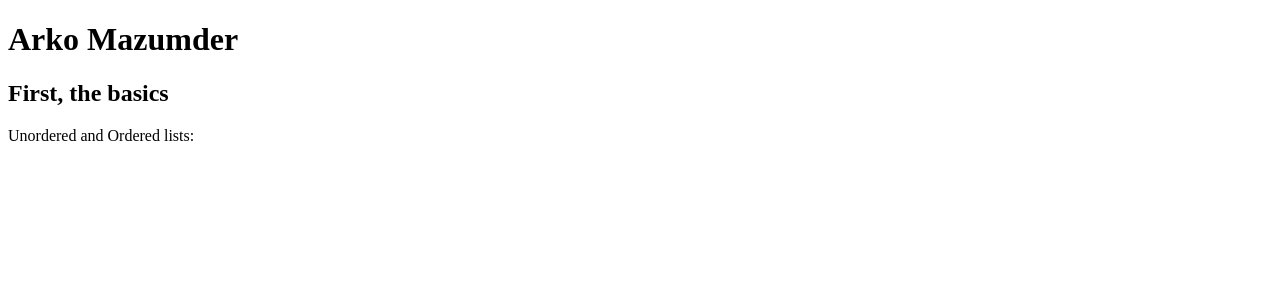
Repository: arkomz/INST377-Lab-Work
Page: client/lab_1/index.html
The author's editor kept a copy of each file at every save. The page is drawn from the files as they stood at one save, then again after the next save.
The browser window is 1280 px wide. The pictures show the whole page.

Above is the page before, as saved 2021-09-03 18:25:27.

### client/lab_1/index.html
<!DOCTYPE html>
<html scroll=yes>

<head>
    <title>Arko Mazumder</title>
</head>
<body>
    <h1>Arko Mazumder</h1>

    <h2>First, the basics</h2>
    <p>Unordered and Ordered lists:</p>

  </body>
</html>

After the next save:
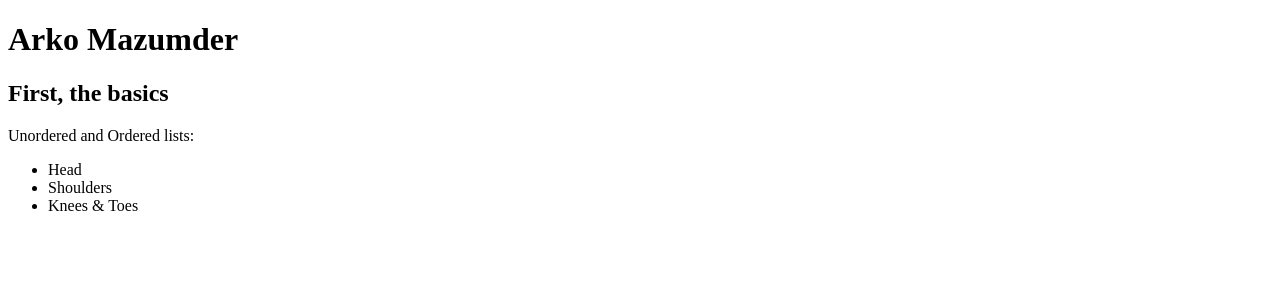
Saved 3 min 39 s later.
--- a/client/lab_1/index.html
+++ b/client/lab_1/index.html
@@ -10,5 +10,12 @@
     <h2>First, the basics</h2>
     <p>Unordered and Ordered lists:</p>
 
+    <ul>
+        <li>Head</li>
+        <li>Shoulders</li>
+        <li>Knees & Toes</li>
+      </ul>
+
+
   </body>
 </html>
